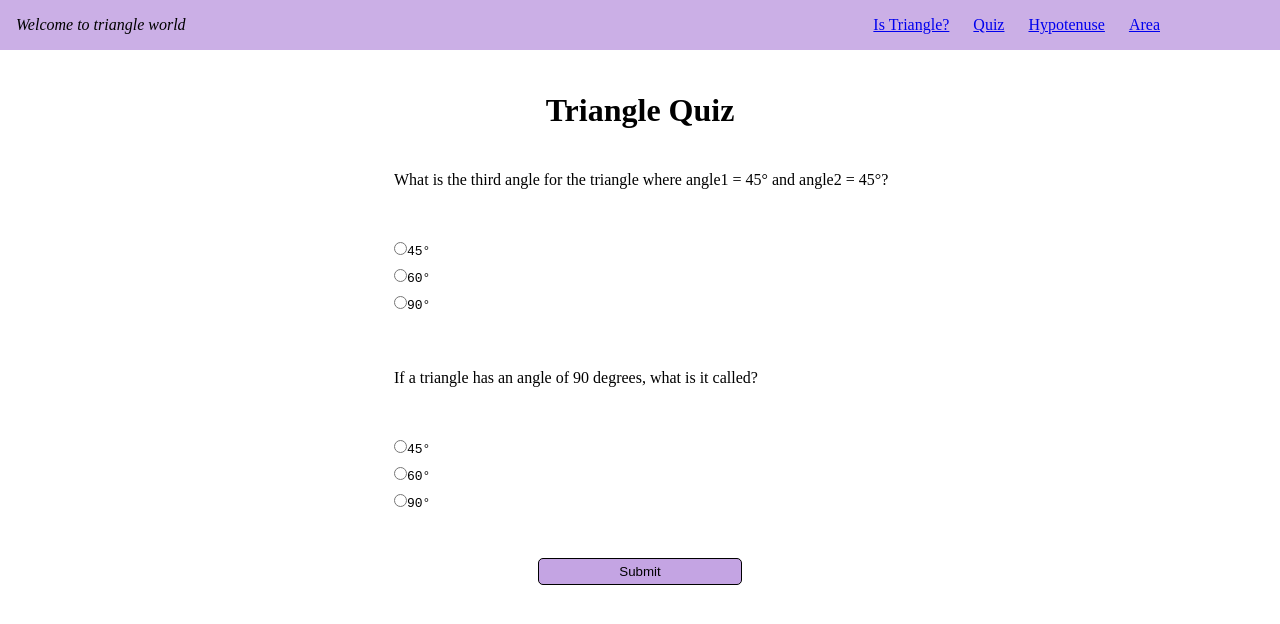
Repository: patelamancode/Fun-with-trianles
Page: quiz.html
An editor plug-in stored every save of this project. The page is shown before and after the next save, followed by the edit.
The browser window is 1280 px wide. The pictures show the whole page.

Above is the page before, as saved 2022-11-28 19:21:05.
Console error: TypeError: Cannot read properties of null (reading 'addEventListener')

After the next save:
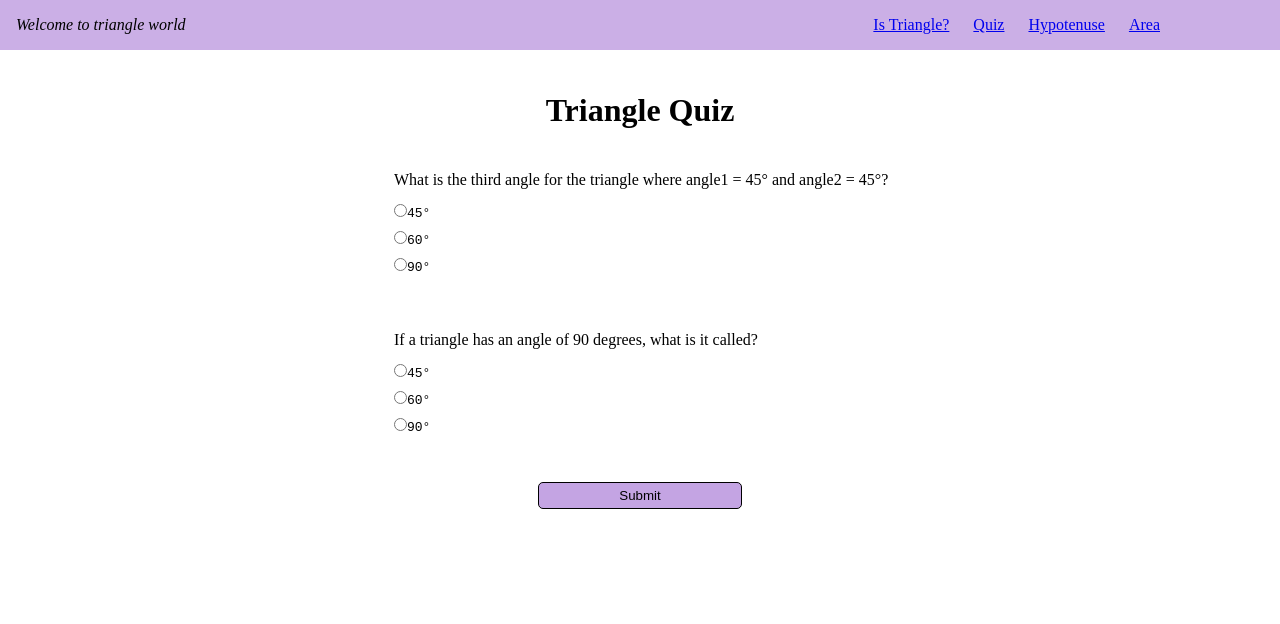
Saved 10 s later.
--- a/index.css
+++ b/index.css
@@ -73,7 +73,7 @@ input {
 .question-container p{
   text-align: left;
   margin-top: 2rem;
-  padding-bottom: 3rem;
+  padding-bottom: 10px;
 }
 .question-container .quiz-option{
   margin-top: 5px;
